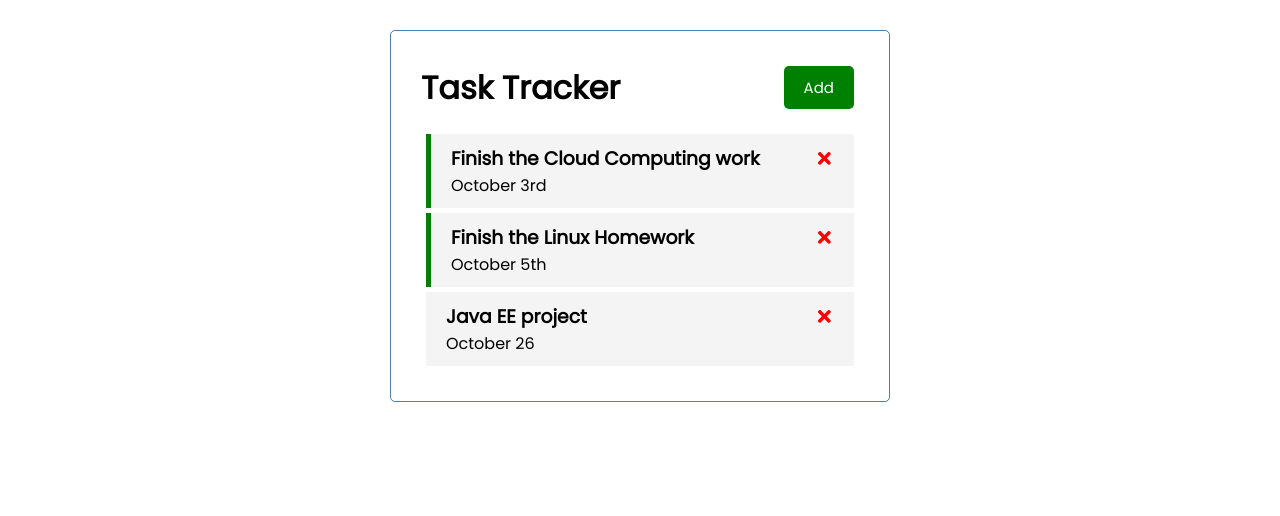
Repository: ds-mbappe/react-task-tracker
Page: /
These files come from the project's save history. The page is drawn as it stood at one moment and after the next save; the edit follows.
The browser window is 1280 px wide. The pictures show the whole page.
The project was rebuilt for these pictures with package versions that can differ from the ones it lists, and the page was loaded fresh each time. Requests to the local data server were answered from the project's data file. Also part of the build but not shown: src/components/AddTask.js.

Above is the page before, as saved 2021-10-02 23:37:57.

### src/App.js
import { useState, useEffect } from "react";
import Header from "./components/Header";
import Footer from "./components/Footer";
import Tasks from "./components/Tasks";
import AddTask from "./components/AddTask";

const App = () => {
  const [showAddTask, setShowAddTask] = useState(false)
  const [tasks, setTasks] = useState([])

  useEffect(() => {
    const getTasks = async () => {
      const tasksFromServer = await fetchTasks()
      setTasks(tasksFromServer)
    }

    getTasks()
  }, [])

  // fetch data from the server
  const fetchTasks = async () => {
    const res = await fetch("http://localhost:5000/tasks")
    const data = await res.json()

    return data
  }

  const fetchTask = async (id) => {
    const res = await fetch(`http://localhost:5000/tasks/${id}`)
    const data = await res.json()

    return data
  }

  // Add a new task
  const addTask = async (task) => {
    const res = await fetch(`http://localhost:5000/tasks`, {
      method: "POST",
      headers: {
        "Content-type": "application/json",
      },
      body: JSON.stringify(task)
    })

    const data = await res.json()

    setTasks([...tasks, data])

    // const id = Math.floor(Math.random() * 10000) + 1
    // const newTask = { id, ...task }
    // setTasks([...tasks, newTask])
  }

  // Delete Task
  const deleteTask = async (id) => {
    await fetch(`http://localhost:5000/tasks/${id}`, {
      method: "DELETE"
    })

    setTasks(tasks.filter((task) => task.id !== id))
  }

  // Toogle reminder
  const toggleReminder = async (id) => {
    const taskToToggle = await fetchTask(id)
    const upTask = {
      ...taskToToggle,
      reminder: !taskToToggle.reminder
    }

    const res = await fetch(`http://localhost:5000/tasks/${id}`, {
      method: "PUT",
      headers: {
        "Content-type": "application/json",
      },
      body: JSON.stringify(upTask)
    })

    const data = await res.json()

    setTasks(
      tasks.map((task) => task.id === id ? { ...task, reminder: data.reminder } : task))
  }

  return (
    <div className="container">
      <Header onAdd={() => setShowAddTask(!showAddTask)} showAdd={showAddTask} />
      {showAddTask && <AddTask onAdd={addTask} />}
      {tasks.length > 0 ? (<Tasks tasks={tasks} onDelete={deleteTask} onToggle={toggleReminder} />) : ("No tasks to show...")}
    </div>
  );
}

export default App;

### src/components/Header.js
import PropTypes from "prop-types"
import Button from "./Button"

const Header = ({ title, onAdd, showAdd }) => {
    return (
        <header className="header">
            <h1>{title}</h1>
            <Button
                color={showAdd ? 'red' : 'green'}
                text={showAdd ? 'Close' : 'Add'}
                onClick={onAdd} />
        </header>
    )
}

Header.defaultProps = {
    title: "Task Tracker",
}

Header.propTypes = {
    title: PropTypes.string.isRequired,
}

export default Header

### src/components/Tasks.js
import Task from "./Task"

const Tasks = ({ tasks, onDelete, onToggle }) => {
    return (
        <>
            {tasks.map((task, index) => (
                <Task
                    key={index}
                    task={task}
                    onDelete={onDelete}
                    onToggle={onToggle}
                />
            ))}
        </>
    )
}

export default Tasks

### src/components/Button.js
import PropTypes from "prop-types"

const Button = ({ color, text, onClick }) => {
    return (
        <button onClick={onClick} className="btn" style={{backgroundColor: color}}>{text}</button>
    )
}

Button.defaultProps = {
    color: "steelblue",
}

Button.propTypes = {
    text: PropTypes.string,
    color: PropTypes.string,
}

export default Button

### src/components/Task.js
import { FaTimes } from "react-icons/fa"

const Task = ({ task, onDelete, onToggle }) => {
    return (
        <div className={`task ${task.reminder ? "reminder" : ""}`} onDoubleClick={() => onToggle(task.id)}>
            <h3>{task.text} <FaTimes style={{ color: "red", cursor: "pointer" }} onClick={() => onDelete(task.id)}/> </h3>
            <p>{task.day}</p>
        </div>
    )
}

export default Task

### db.json
{
  "tasks": [
    {
      "id": 1,
      "text": "Finish the Cloud Computing work",
      "day": "October 3rd",
      "reminder": true
    },
    {
      "id": 2,
      "text": "Finish the Linux Homework",
      "day": "October 5th",
      "reminder": true
    },
    {
      "id": 3,
      "text": "Java EE project",
      "day": "October 26",
      "reminder": false
    }
  ]
}

### src/components/Footer.js
const Footer = () => {
    return (
        <footer>
            <p>Copyright &copy; 2021</p>
            <a href="/about">About</a>
        </footer>
    )
}

export default Footer

Loaded but not shown: public/index.html (common file); src/index.js (common file); src/index.css (common file); src/reportWebVitals.js (common file)

After the next save:
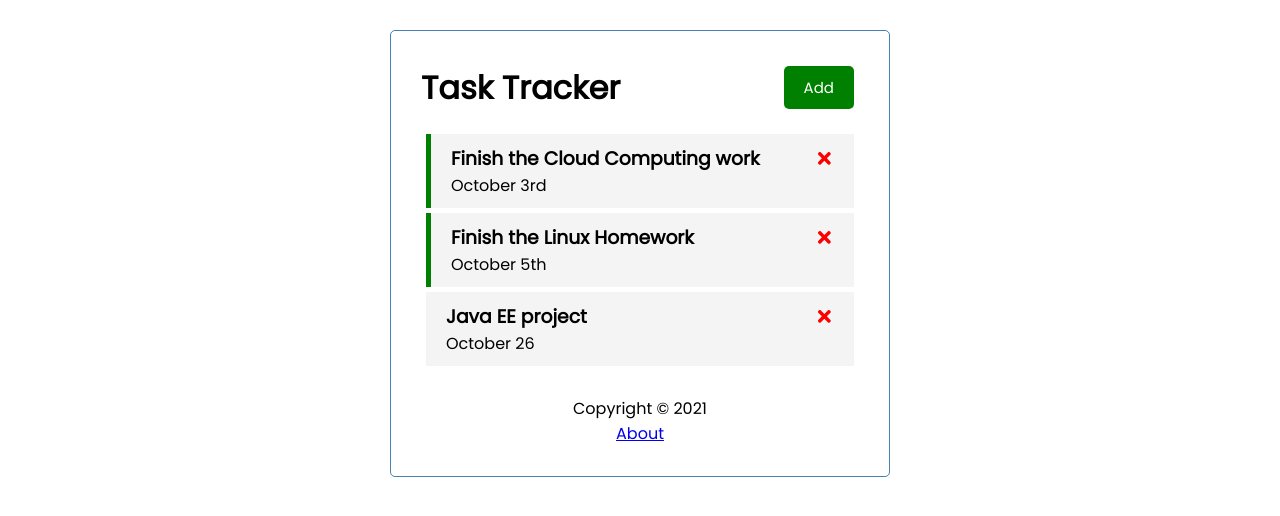
Saved 79 s later.
--- a/src/App.js
+++ b/src/App.js
@@ -87,6 +87,7 @@
       <Header onAdd={() => setShowAddTask(!showAddTask)} showAdd={showAddTask} />
       {showAddTask && <AddTask onAdd={addTask} />}
       {tasks.length > 0 ? (<Tasks tasks={tasks} onDelete={deleteTask} onToggle={toggleReminder} />) : ("No tasks to show...")}
+      <Footer/>
     </div>
   );
 }

After the 4 saves that followed:
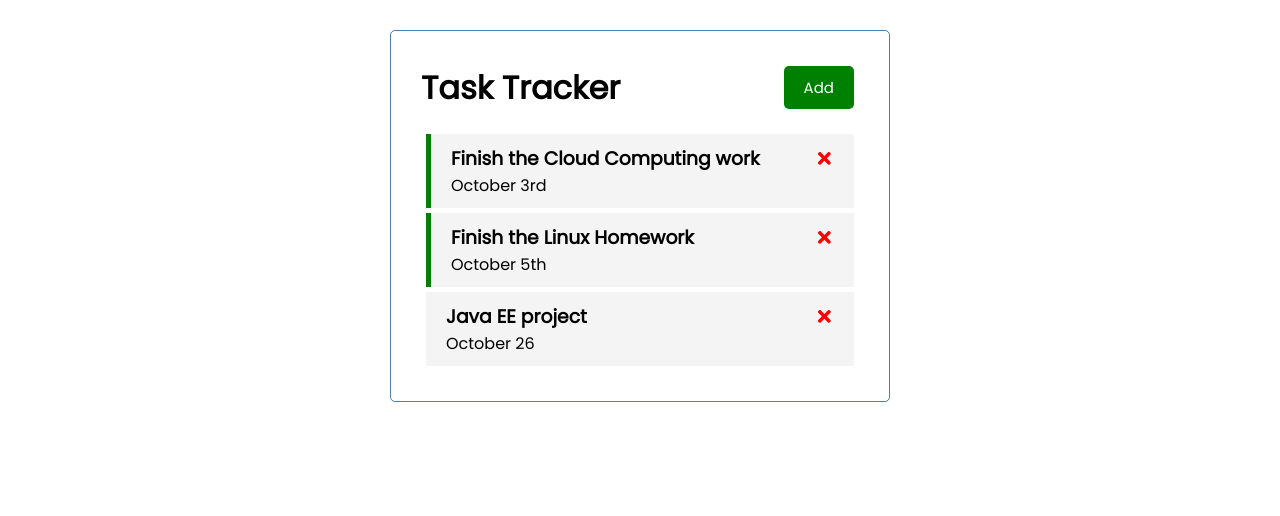
The 4 saves are shown as one change because 3 left the picture as it was.
The last was saved 8 min 50 s later.
--- a/src/App.js
+++ b/src/App.js
@@ -1,6 +1,6 @@
 import { useState, useEffect } from "react";
 import Header from "./components/Header";
-import Footer from "./components/Footer";
+// import Footer from "./components/Footer";
 import Tasks from "./components/Tasks";
 import AddTask from "./components/AddTask";
 
@@ -87,7 +87,7 @@
       <Header onAdd={() => setShowAddTask(!showAddTask)} showAdd={showAddTask} />
       {showAddTask && <AddTask onAdd={addTask} />}
       {tasks.length > 0 ? (<Tasks tasks={tasks} onDelete={deleteTask} onToggle={toggleReminder} />) : ("No tasks to show...")}
-      <Footer/>
+      {/* <Footer /> */}
     </div>
   );
 }
